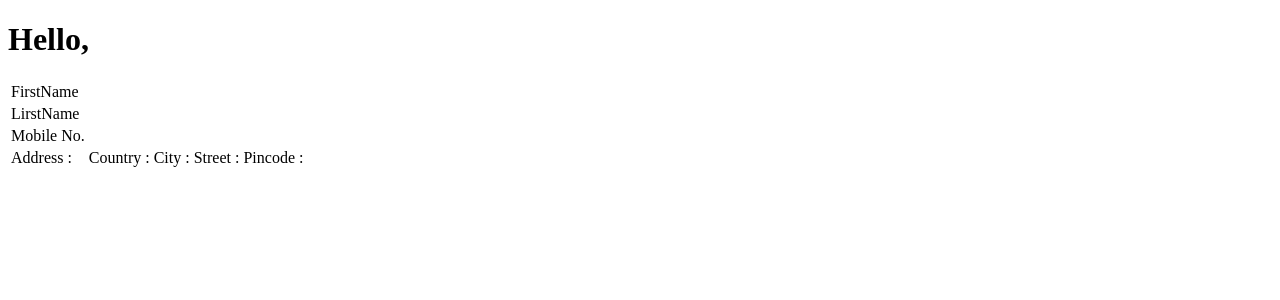
Repository: akashbadave7/SpringMVC
Page: http://localhost/SpringDemo/WEB-INF/jsp/success.jsp
The author's editor kept a copy of each file at every save. The page is drawn from the files as they stood at one save, then again after the next save.
The browser window is 1280 px wide. The pictures show the whole page.
The page is served by Tomcat 9. Nobody is signed in. Other server files are loaded and not shown. The template is opened directly, without the code that normally fills it, so the values that code supplies are empty.

Above is the page before, as saved 2017-11-04 07:47:16.

### SpringDemo/src/main/webapp/WEB-INF/jsp/success.jsp
<%@ page language="java" contentType="text/html; charset=UTF-8"
    pageEncoding="UTF-8"%>
<!DOCTYPE html PUBLIC "-//W3C//DTD HTML 4.01 Transitional//EN" "http://www.w3.org/TR/html4/loose.dtd">
<html>
<head>
<meta http-equiv="Content-Type" content="text/html; charset=UTF-8">
<title>Insert title here</title>
</head>
<body>
	<h1>${headerMessage}</h1>
	<h1>Hello,</h1>
	<table>
	<tr>
		<td>FirstName</td>
		<td>${demo.fname}</td>
	</tr>
	<tr>
		<td>LirstName</td>
		<td>${demo.lname}</td>
	</tr>
	<tr>
		<td>Mobile No.</td>
		<td>${demo.mobile}</td>
	</tr>
	<tr>
		<td>Address : </td>
		<td> Country : ${demo.address.country}
			 City :	${demo.address.city}
			 Street : ${demo.address.street}
			 Pincode : ${demo.address.pincode}
		</td>
	</tr>
	</table>
	<%-- <h2>DOB</h2>
	<h2>${demo.dob}</h2>
	<h2>Skills</h2>
	<h2>${demo.skill}</h2> --%>

</body>
</html>

After the next save:
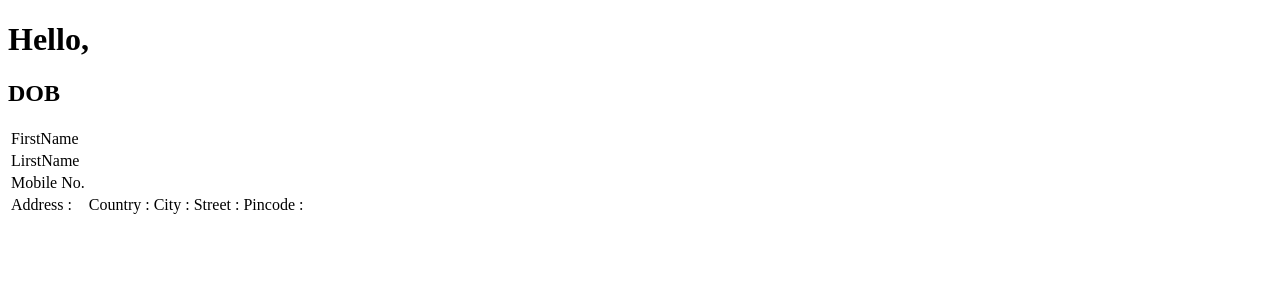
Saved 21 s later.
--- a/SpringDemo/src/main/webapp/WEB-INF/jsp/success.jsp
+++ b/SpringDemo/src/main/webapp/WEB-INF/jsp/success.jsp
@@ -22,6 +22,8 @@
 		<td>Mobile No.</td>
 		<td>${demo.mobile}</td>
 	</tr>
+	<h2>DOB</h2>
+	<h2>${demo.dob}</h2>
 	<tr>
 		<td>Address : </td>
 		<td> Country : ${demo.address.country}
@@ -31,9 +33,8 @@
 		</td>
 	</tr>
 	</table>
-	<%-- <h2>DOB</h2>
-	<h2>${demo.dob}</h2>
-	<h2>Skills</h2>
+
+	<%-- <h2>Skills</h2>
 	<h2>${demo.skill}</h2> --%>
 
 </body>
